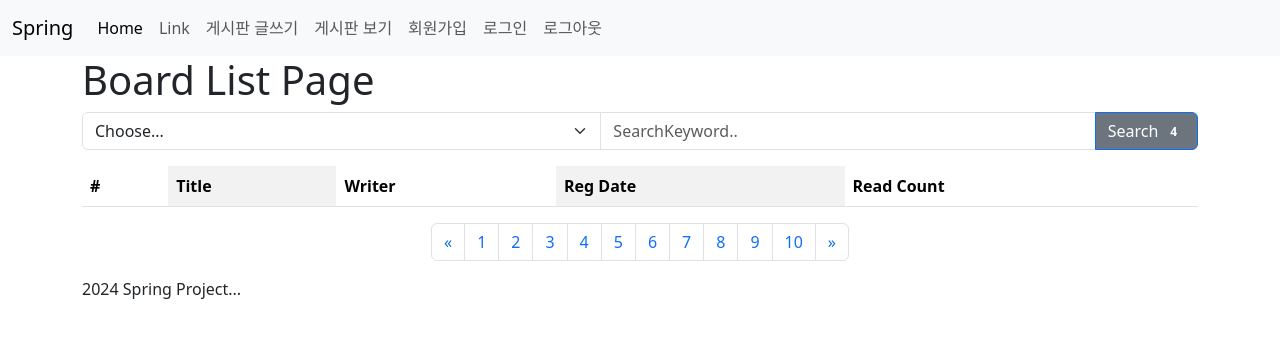
Repository: gajami-kim/240430_Spring_Study
Page: http://localhost/spring_study/WEB-INF/views/board/list.jsp
These files come from the project's save history. The page is drawn as it stood at one moment and after the next save; the edit follows.
The browser window is 1280 px wide. The pictures show the whole page.
The page is served by Tomcat 9. Nobody is signed in. The template is opened directly, without the code that normally fills it, so the values that code supplies are empty.

Above is the page before, as saved 2024-04-24 08:48:40.

After the next save:
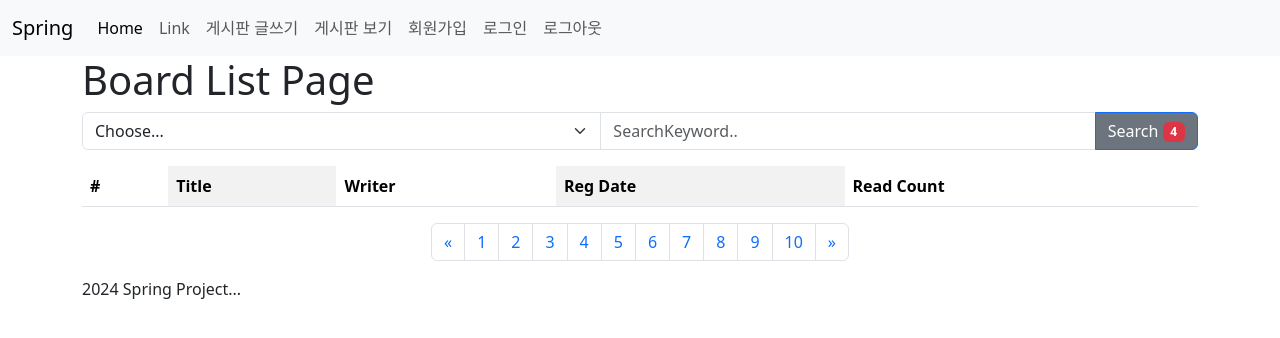
Saved 19 s later.
--- a/spring_study/src/main/webapp/WEB-INF/views/board/list.jsp
+++ b/spring_study/src/main/webapp/WEB-INF/views/board/list.jsp
@@ -17,7 +17,7 @@
 	  	<input type="text" class="form-control" aria-label="Text input with segmented dropdown button" name="keyword" placeholder="SearchKeyword..">
 		<button type="button" class="btn btn-primary position-relative text-bg-secondary">
 		  Search
-		   <span class="badge text-bg-secondary">4</span>
+		   <span class="badge text-bg-secondary text-bg-danger">4</span>
 		</button>
 		</div>
 	</form>
